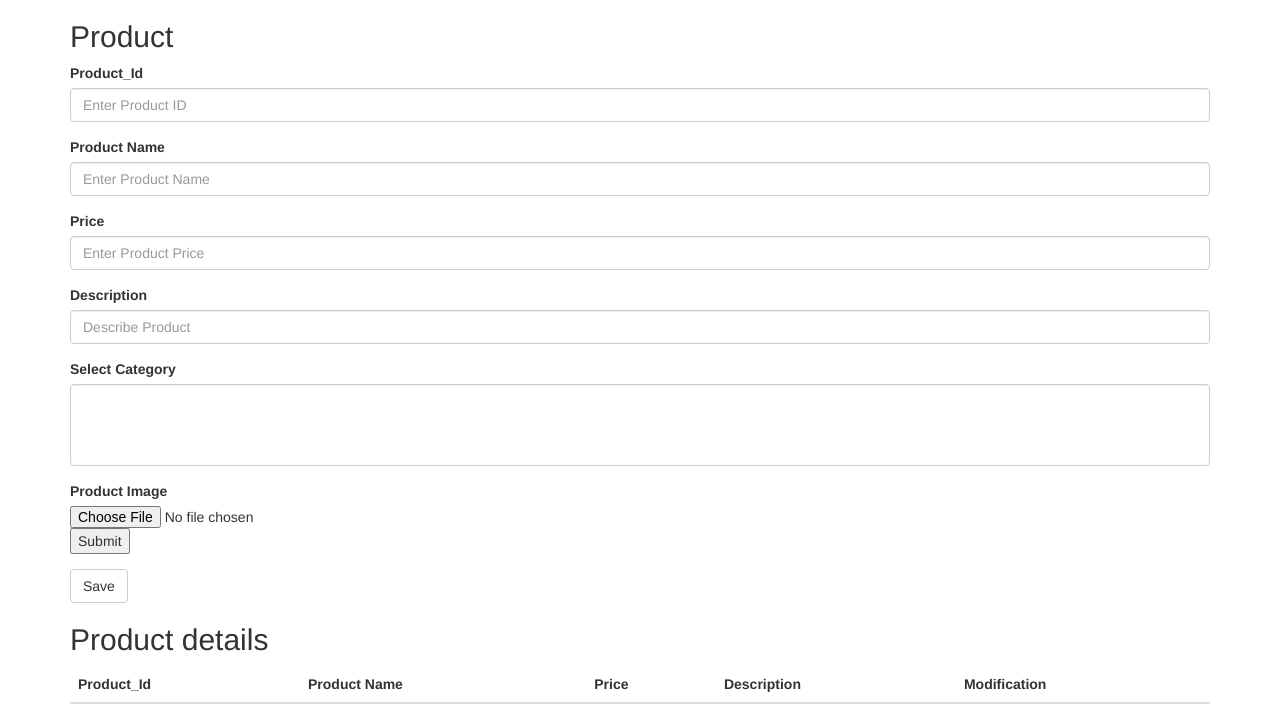
Repository: ashutosh238/S180403_404Shoppingcart
Page: http://localhost/ShoppingCartFrontEnd/WEB-INF/page/admin/product.jsp
An editor plug-in stored every save of this project. The page is shown before and after the next save, followed by the edit.
The browser window is 1280 px wide. The pictures show the whole page.
The page is served by Tomcat 9. Nobody is signed in. Other server files are loaded and not shown. The template is opened directly, without the code that normally fills it, so the values that code supplies are empty.

Above is the page before, as saved 2018-05-25 08:36:06.

### ShoppingCartFrontEnd/src/main/webapp/WEB-INF/page/admin/product.jsp
<%@ page language="java" contentType="text/html; charset=ISO-8859-1"
    pageEncoding="ISO-8859-1"%>
<!DOCTYPE html PUBLIC "-//W3C//DTD HTML 4.01 Transitional//EN" "http://www.w3.org/TR/html4/loose.dtd">
<html>
<head>
<%@ taglib uri="http://java.sun.com/jsp/jstl/core" prefix="c"%>
 <title>Bootstrap Example</title>

  <meta name="viewport" content="width=device-width, initial-scale=1">
  <link rel="stylesheet" href="https://maxcdn.bootstrapcdn.com/bootstrap/3.3.7/css/bootstrap.min.css">
  <script src="https://ajax.googleapis.com/ajax/libs/jquery/3.3.1/jquery.min.js"></script>
  <script src="https://maxcdn.bootstrapcdn.com/bootstrap/3.3.7/js/bootstrap.min.js"></script>
</head>
<body>
<!-- create a form to save product -->


<div class="container">
  <h2>Product</h2>
  <form action="product/save" method="post">
    <div class="form-group">
      <label for="pid">Product_Id</label>
      <input type="text" class="form-control" id="pid" placeholder="Enter Product ID" name="id">
    </div>
    <div class="form-group">
      <label for="pname">Product Name</label>
      <input type="text" class="form-control" id="pname" placeholder="Enter Product Name" name="name">
    </div>
    <div class="form-group">
      <label for="price">Price</label>
      <input type="text" class="form-control" id="price" placeholder="Enter Product Price" name="price">
    </div>
    <div class="form-group">
      <label for="des">Description</label>
      <input type="text" class="form-control" id="des" placeholder="Describe Product" name="description">
    </div>
    <div class="form-group">
    <label for="category">Select Category</label>
    <select multiple class="form-control" id="category" name="cateoryName">
      <c:forEach var="category" items="${categories}">
<option value="${category.name}">${category.name}  </option>
</c:forEach>

    </select>
  </div>
  <div class="form-group">
    <label for="productImg">Product Image</label>
   <input type="file" name="pic" accept="image/*">
  <input type="submit">
  </div>


    <button type="submit" class="btn btn-default">Save</button>
  </form>
</div>

<div class="container">
  <h2>Product details</h2>
  <table class="table">
    <thead>
      <tr>
        <th>Product_Id</th>
        <th>Product Name</th>
        <th>Price</th>
        <th>Description</th>
        <th>Modification</th>
      </tr>
    </thead>
    <tbody>
    <c:forEach var="p" items="${products}" >
      <tr>

<td>${p.id}</td>
<td>${p.name}</td>
<td>${p.description}</td>
<td>${p.price}</td>
<td>
<a href="product/delete?id=${p.id}">Delete</a> <a href="product/edit?id=${p.id}"> | Edit</a>

   </td>


 </tr>


</c:forEach>

    </tbody>
  </table>
</div>





</body>
</html>

After the next save:
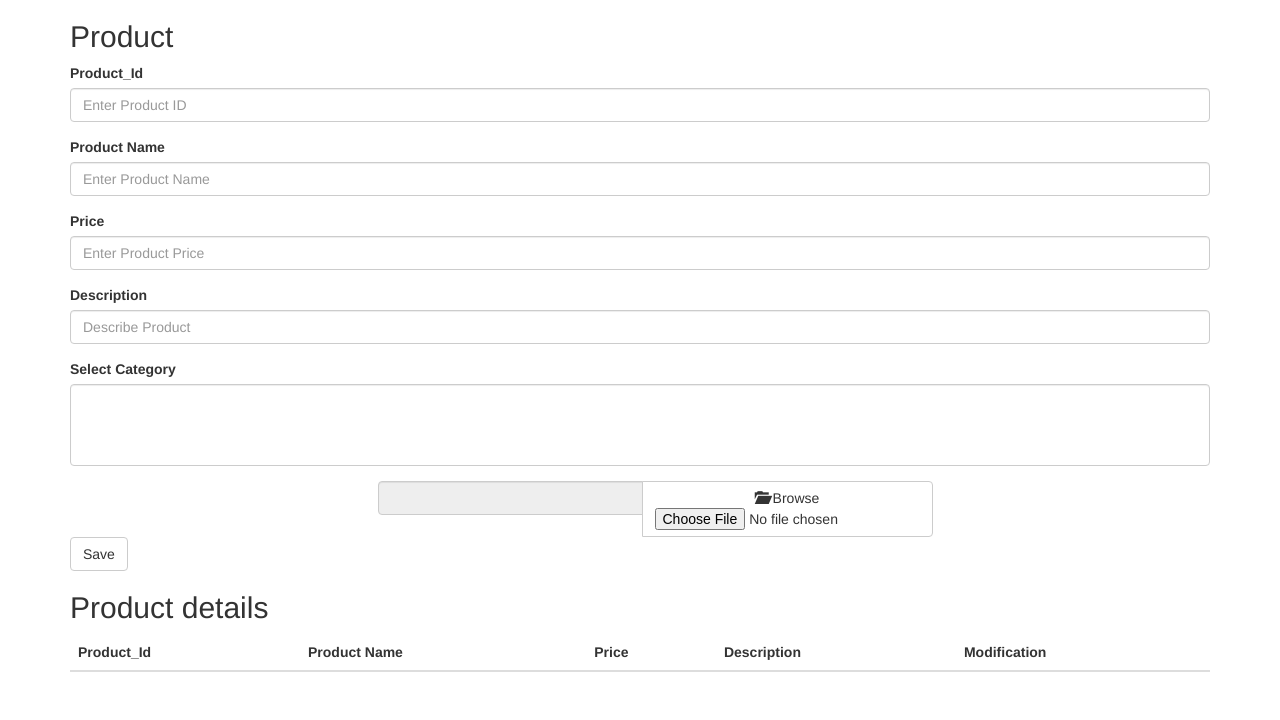
Saved 3 min 22 s later.
--- a/ShoppingCartFrontEnd/src/main/webapp/WEB-INF/page/admin/product.jsp
+++ b/ShoppingCartFrontEnd/src/main/webapp/WEB-INF/page/admin/product.jsp
@@ -43,11 +43,28 @@
 
     </select>
   </div>
-  <div class="form-group">
-    <label for="productImg">Product Image</label>
-   <input type="file" name="pic" accept="image/*">
-  <input type="submit">
-  </div>
+  <div class="container">
+    <div class="row">
+        <div class="col-xs-12 col-md-6 col-md-offset-3 col-sm-8 col-sm-offset-2">
+            <!-- image-preview-filename input [CUT FROM HERE]-->
+            <div class="input-group image-preview">
+                <input type="text" class="form-control image-preview-filename" disabled="disabled"> <!-- don't give a name === doesn't send on POST/GET -->
+                <span class="input-group-btn">
+                    <!-- image-preview-clear button -->
+                    <button type="button" class="btn btn-default image-preview-clear" style="display:none;">
+                        <span class="glyphicon glyphicon-remove"></span> Clear
+                    </button>
+                    <!-- image-preview-input -->
+                    <div class="btn btn-default image-preview-input">
+                        <span class="glyphicon glyphicon-folder-open"></span>
+                        <span class="image-preview-input-title">Browse</span>
+                        <input type="file" accept="image/png, image/jpeg, image/gif" name="input-file-preview"/> <!-- rename it -->
+                    </div>
+                </span>
+            </div><!-- /input-group image-preview [TO HERE]-->
+        </div>
+    </div>
+</div>
 
 
     <button type="submit" class="btn btn-default">Save</button>
